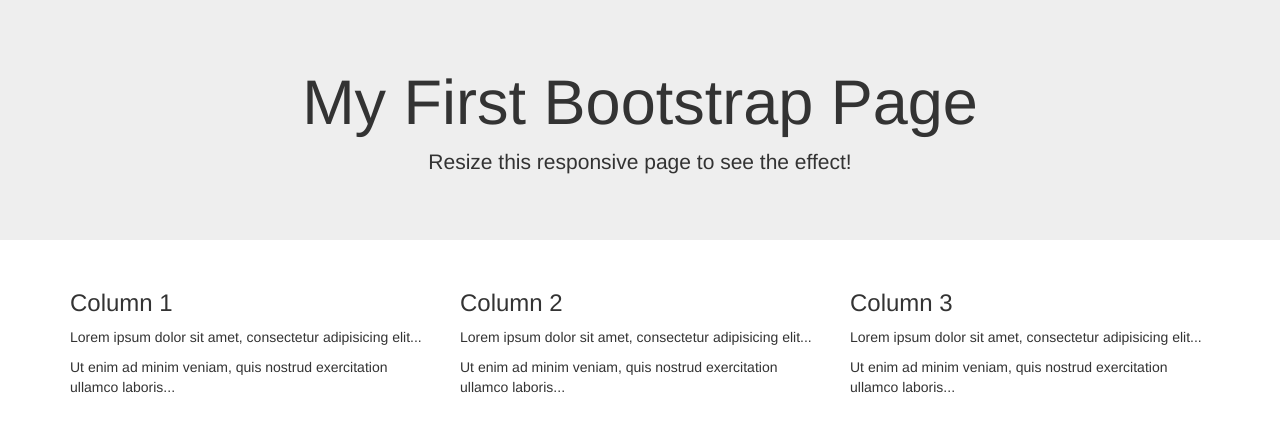
Repository: engcarlosrosa/ChatInsper
Page: http://localhost/handout15/
The author's editor kept a copy of each file at every save. The page is drawn from the files as they stood at one save, then again after the next save.
The browser window is 1280 px wide. The pictures show the whole page.
The page is served by Tomcat 9. Other server files are loaded and not shown.

Above is the page before, as saved 2016-10-25 21:07:16.

### handout15/WebContent/WEB-INF/views/info.jsp
<%@ page language="java" contentType="text/html; charset=UTF-8" pageEncoding="UTF-8"%>
<!DOCTYPE html>
<!DOCTYPE html>
<html lang="en">
<head>
  <title>Bootstrap Example</title>
  <meta charset="utf-8">
  <meta name="viewport" content="width=device-width, initial-scale=1">
  <link rel="stylesheet" href="https://maxcdn.bootstrapcdn.com/bootstrap/3.3.7/css/bootstrap.min.css">
  <script src="https://ajax.googleapis.com/ajax/libs/jquery/1.12.4/jquery.min.js"></script>
  <script src="https://maxcdn.bootstrapcdn.com/bootstrap/3.3.7/js/bootstrap.min.js"></script>
</head>
<body>

<div class="jumbotron text-center">
  <h1>My First Bootstrap Page</h1>
  <p>Resize this responsive page to see the effect!</p>
</div>

<div class="container">
  <div class="row">
    <div class="col-sm-4">
      <h3>Column 1</h3>
      <p>Lorem ipsum dolor sit amet, consectetur adipisicing elit...</p>
      <p>Ut enim ad minim veniam, quis nostrud exercitation ullamco laboris...</p>
    </div>
    <div class="col-sm-4">
      <h3>Column 2</h3>
      <p>Lorem ipsum dolor sit amet, consectetur adipisicing elit...</p>
      <p>Ut enim ad minim veniam, quis nostrud exercitation ullamco laboris...</p>
    </div>
    <div class="col-sm-4">
      <h3>Column 3</h3>
      <p>Lorem ipsum dolor sit amet, consectetur adipisicing elit...</p>
      <p>Ut enim ad minim veniam, quis nostrud exercitation ullamco laboris...</p>
    </div>
  </div>
</div>

</body>
</html>

After the next save:
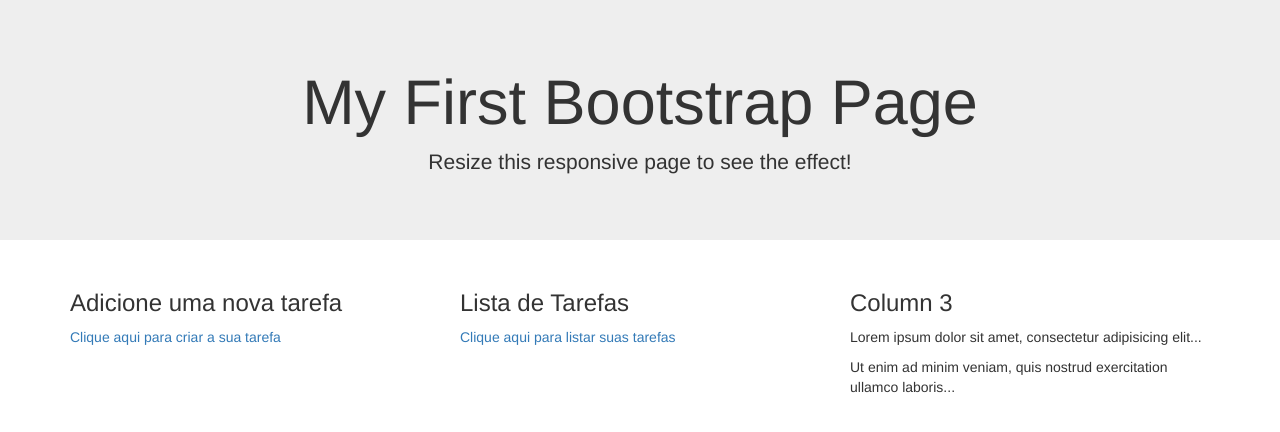
Saved 5 min 22 s later.
--- a/handout15/WebContent/WEB-INF/views/info.jsp
+++ b/handout15/WebContent/WEB-INF/views/info.jsp
@@ -1,5 +1,4 @@
 <%@ page language="java" contentType="text/html; charset=UTF-8" pageEncoding="UTF-8"%>
-<!DOCTYPE html>
 <!DOCTYPE html>
 <html lang="en">
 <head>
@@ -20,14 +19,12 @@
 <div class="container">
   <div class="row">
     <div class="col-sm-4">
-      <h3>Column 1</h3>
-      <p>Lorem ipsum dolor sit amet, consectetur adipisicing elit...</p>
-      <p>Ut enim ad minim veniam, quis nostrud exercitation ullamco laboris...</p>
+      <h3>Adicione uma nova tarefa</h3>
+      <a href="criaTarefa">Clique aqui para criar a sua tarefa</a>
     </div>
     <div class="col-sm-4">
-      <h3>Column 2</h3>
-      <p>Lorem ipsum dolor sit amet, consectetur adipisicing elit...</p>
-      <p>Ut enim ad minim veniam, quis nostrud exercitation ullamco laboris...</p>
+      <h3>Lista de Tarefas</h3>
+      <a href="listaTarefas">Clique aqui para listar suas tarefas</a>
     </div>
     <div class="col-sm-4">
       <h3>Column 3</h3>
